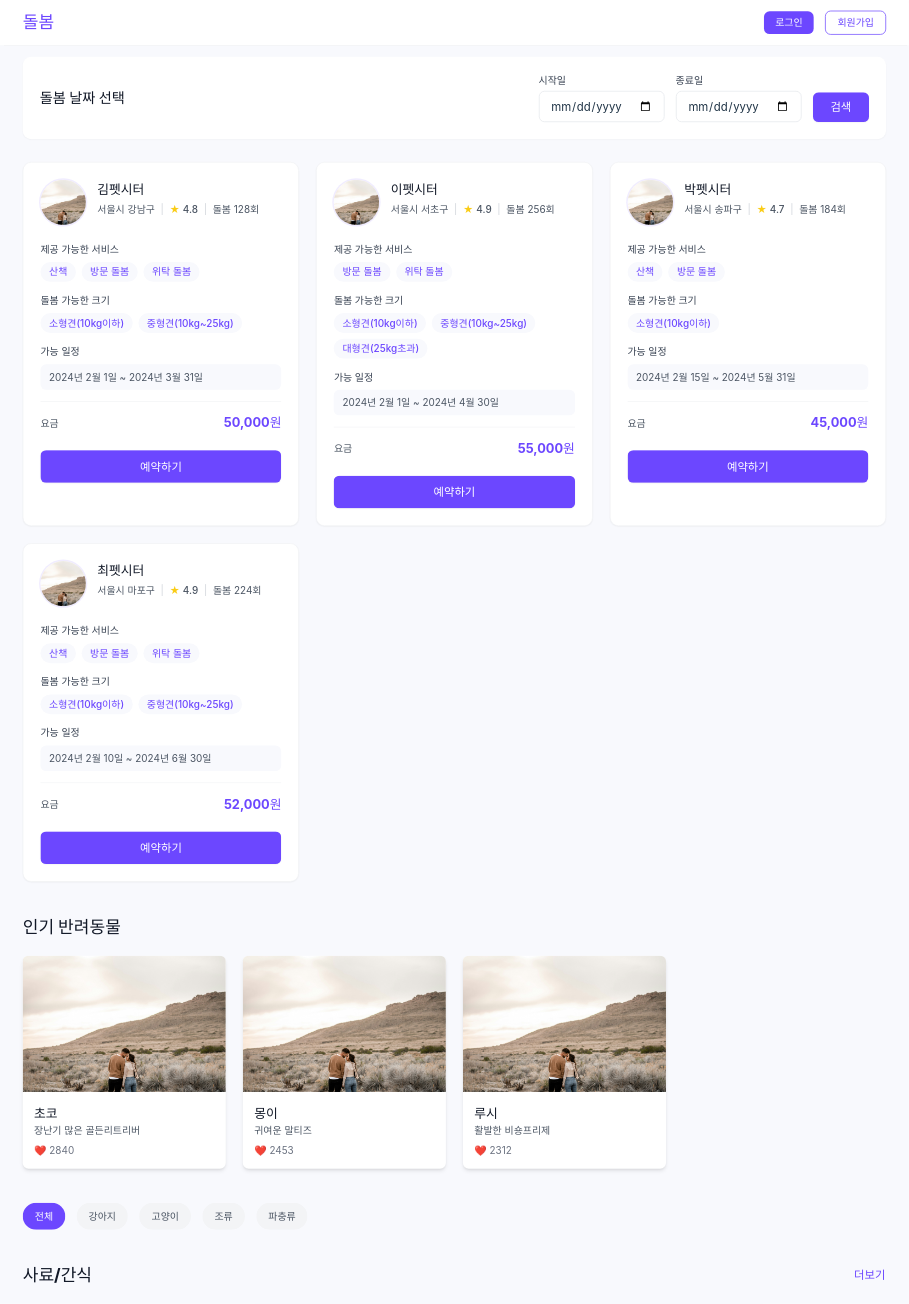
Repository: kksshh0612/pet-care-client
Page: /service
These files come from the project's save history. The page is drawn as it stood at one moment and after the next save; the edit follows.
The browser window is 1280 px wide. The pictures show the whole page, at 71% of full size.
The page's requests for data from a server got no answer. The project was rebuilt for these pictures with package versions that can differ from the ones it lists, and the page was loaded fresh each time. No one was signed in, and anything a server would have sent is missing. Also part of the build but not shown: vite.config.js, src/components/MainPage.vue, src/components/MemberLogin.vue, src/components/SignUp.vue, src/components/modals/ChangePasswordModal.vue, src/components/modals/EditProfileModal.vue, src/components/modals/WithdrawModal.vue, src/components/modals/PetSitterRegisterModal.vue and 6 more.

Above is the page before, as saved 2025-02-17 19:39:18.

After the next save:
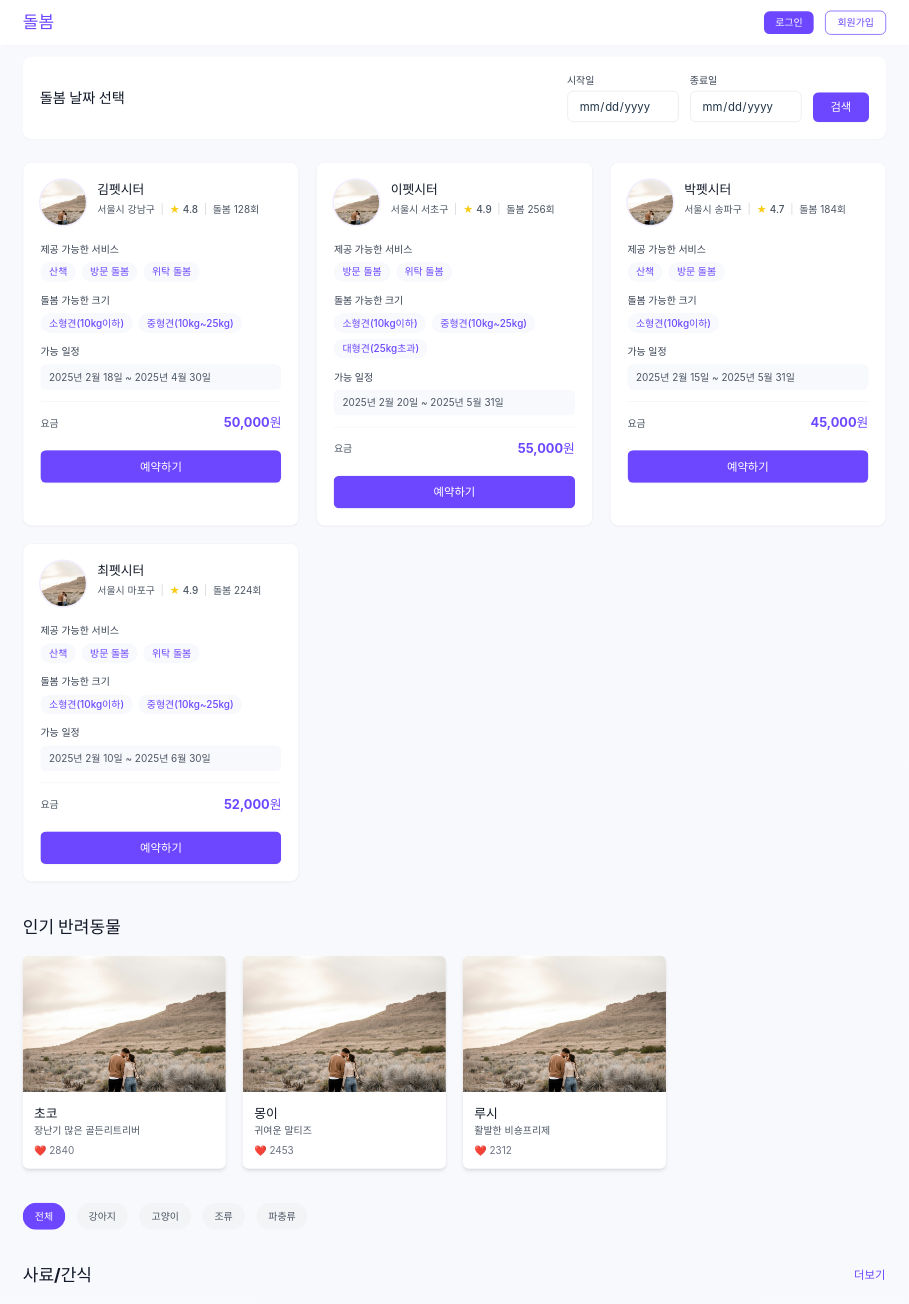
Saved 2 min 19 s later.
--- a/src/components/ServicePage.vue
+++ b/src/components/ServicePage.vue
@@ -215,26 +215,59 @@
         </div>
 
         <!-- 날짜 선택 단계 -->
-        <div v-if="currentStep === 1" class="space-y-4">
-          <div>
-            <label class="block text-sm font-medium text-gray-700 mb-1">시작일</label>
-            <input
-              type="date"
-              v-model="reservation.startDate"
-              :min="today"
-              :max="selectedService.availableTo"
-              class="w-full px-4 py-2 border border-gray-200 rounded-lg focus:outline-none focus:ring-2 focus:ring-[#6C47FF]/20 focus:border-[#6C47FF]"
-            >
-          </div>
-          <div>
-            <label class="block text-sm font-medium text-gray-700 mb-1">종료일</label>
-            <input
-              type="date"
-              v-model="reservation.endDate"
-              :min="reservation.startDate"
-              :max="selectedService.availableTo"
-              class="w-full px-4 py-2 border border-gray-200 rounded-lg focus:outline-none focus:ring-2 focus:ring-[#6C47FF]/20 focus:border-[#6C47FF]"
-            >
+        <div v-if="currentStep === 1" class="space-y-6">
+          <div class="bg-gray-50 p-4 rounded-lg mb-4">
+            <h4 class="font-medium text-gray-900 mb-2">펫시터 가능 일정</h4>
+            <p class="text-sm text-gray-600">
+              {{ formatDate(selectedService.availableFrom) }} ~ {{ formatDate(selectedService.availableTo) }}
+            </p>
+          </div>
+
+          <div class="grid grid-cols-1 md:grid-cols-2 gap-6">
+            <div>
+              <label class="block text-sm font-medium text-gray-700 mb-2">시작일</label>
+              <div class="relative">
+                <input
+                  type="date"
+                  v-model="reservation.startDate"
+                  :min="selectedService.availableFrom"
+                  :max="selectedService.availableTo"
+                  class="w-full px-4 py-3 border border-gray-200 rounded-lg focus:outline-none focus:ring-2 focus:ring-[#6C47FF]/20 focus:border-[#6C47FF] bg-white"
+                >
+                <div class="absolute inset-y-0 right-0 flex items-center pr-3 pointer-events-none">
+                  <svg class="w-5 h-5 text-gray-400" fill="none" stroke="currentColor" viewBox="0 0 24 24">
+                    <path stroke-linecap="round" stroke-linejoin="round" stroke-width="2" d="M8 7V3m8 4V3m-9 8h10M5 21h14a2 2 0 002-2V7a2 2 0 00-2-2H5a2 2 0 00-2 2v12a2 2 0 002 2z" />
+                  </svg>
+                </div>
+              </div>
+              <p class="mt-1 text-sm text-gray-500">시작일을 선택해주세요</p>
+            </div>
+
+            <div>
+              <label class="block text-sm font-medium text-gray-700 mb-2">종료일</label>
+              <div class="relative">
+                <input
+                  type="date"
+                  v-model="reservation.endDate"
+                  :min="reservation.startDate || selectedService.availableFrom"
+                  :max="selectedService.availableTo"
+                  :disabled="!reservation.startDate"
+                  class="w-full px-4 py-3 border border-gray-200 rounded-lg focus:outline-none focus:ring-2 focus:ring-[#6C47FF]/20 focus:border-[#6C47FF] bg-white disabled:bg-gray-50 disabled:cursor-not-allowed"
+                >
+                <div class="absolute inset-y-0 right-0 flex items-center pr-3 pointer-events-none">
+                  <svg class="w-5 h-5 text-gray-400" fill="none" stroke="currentColor" viewBox="0 0 24 24">
+                    <path stroke-linecap="round" stroke-linejoin="round" stroke-width="2" d="M8 7V3m8 4V3m-9 8h10M5 21h14a2 2 0 002-2V7a2 2 0 00-2-2H5a2 2 0 00-2 2v12a2 2 0 002 2z" />
+                  </svg>
+                </div>
+              </div>
+              <p class="mt-1 text-sm text-gray-500">
+                {{ reservation.startDate ? '종료일을 선택해주세요' : '시작일을 먼저 선택해주세요' }}
+              </p>
+            </div>
+          </div>
+
+          <div v-if="dateError" class="mt-4 p-3 bg-red-50 text-red-600 rounded-lg text-sm">
+            {{ dateError }}
           </div>
         </div>
 
@@ -312,8 +345,8 @@ export default {
           serviceTypes: ['산책', '방문 돌봄', '위탁 돌봄'],
           petSizes: ['small', 'medium'],
           price: 50000,
-          availableFrom: '2024-02-01',
-          availableTo: '2024-03-31',
+          availableFrom: '2025-02-18',
+          availableTo: '2025-04-30',
           rating: 4.8,
           totalCare: 128
         },
@@ -325,8 +358,8 @@ export default {
           serviceTypes: ['방문 돌봄', '위탁 돌봄'],
           petSizes: ['small', 'medium', 'large'],
           price: 55000,
-          availableFrom: '2024-02-01',
-          availableTo: '2024-04-30',
+          availableFrom: '2025-02-20',
+          availableTo: '2025-05-31',
           rating: 4.9,
           totalCare: 256
         },
@@ -338,8 +371,8 @@ export default {
           serviceTypes: ['산책', '방문 돌봄'],
           petSizes: ['small'],
           price: 45000,
-          availableFrom: '2024-02-15',
-          availableTo: '2024-05-31',
+          availableFrom: '2025-02-15',
+          availableTo: '2025-05-31',
           rating: 4.7,
           totalCare: 184
         },
@@ -351,8 +384,8 @@ export default {
           serviceTypes: ['산책', '방문 돌봄', '위탁 돌봄'],
           petSizes: ['small', 'medium'],
           price: 52000,
-          availableFrom: '2024-02-10',
-          availableTo: '2024-06-30',
+          availableFrom: '2025-02-10',
+          availableTo: '2025-06-30',
           rating: 4.9,
           totalCare: 224
         }
@@ -403,7 +436,8 @@ export default {
       reservation: {
         startDate: '',
         endDate: ''
-      }
+      },
+      dateError: ''
     }
   },
   computed: {
@@ -510,6 +544,56 @@ export default {
         }
       })
     }
+  },
+  watch: {
+    'reservation.startDate'(newDate) {
+      // 시작일이 변경되면 종료일 초기화
+      if (newDate) {
+        const startDate = new Date(newDate)
+        const availableFrom = new Date(this.selectedService.availableFrom)
+        const availableTo = new Date(this.selectedService.availableTo)
+
+        if (startDate < availableFrom || startDate > availableTo) {
+          this.dateError = '선택하신 날짜는 펫시터의 가능 일정을 벗어났습니다.'
+          this.reservation.startDate = ''
+        } else {
+          this.dateError = ''
+        }
+      }
+      this.reservation.endDate = ''
+    },
+    'reservation.endDate'(newDate) {
+      if (newDate) {
+        const endDate = new Date(newDate)
+        const availableTo = new Date(this.selectedService.availableTo)
+
+        if (endDate > availableTo) {
+          this.dateError = '선택하신 날짜는 펫시터의 가능 일정을 벗어났습니다.'
+          this.reservation.endDate = ''
+        } else {
+          this.dateError = ''
+        }
+      }
+    }
   }
 }
 </script>
+
+<style>
+input[type="date"] {
+  position: relative;
+}
+
+input[type="date"]::-webkit-calendar-picker-indicator {
+  background: transparent;
+  bottom: 0;
+  color: transparent;
+  cursor: pointer;
+  height: auto;
+  left: 0;
+  position: absolute;
+  right: 0;
+  top: 0;
+  width: auto;
+}
+</style>
